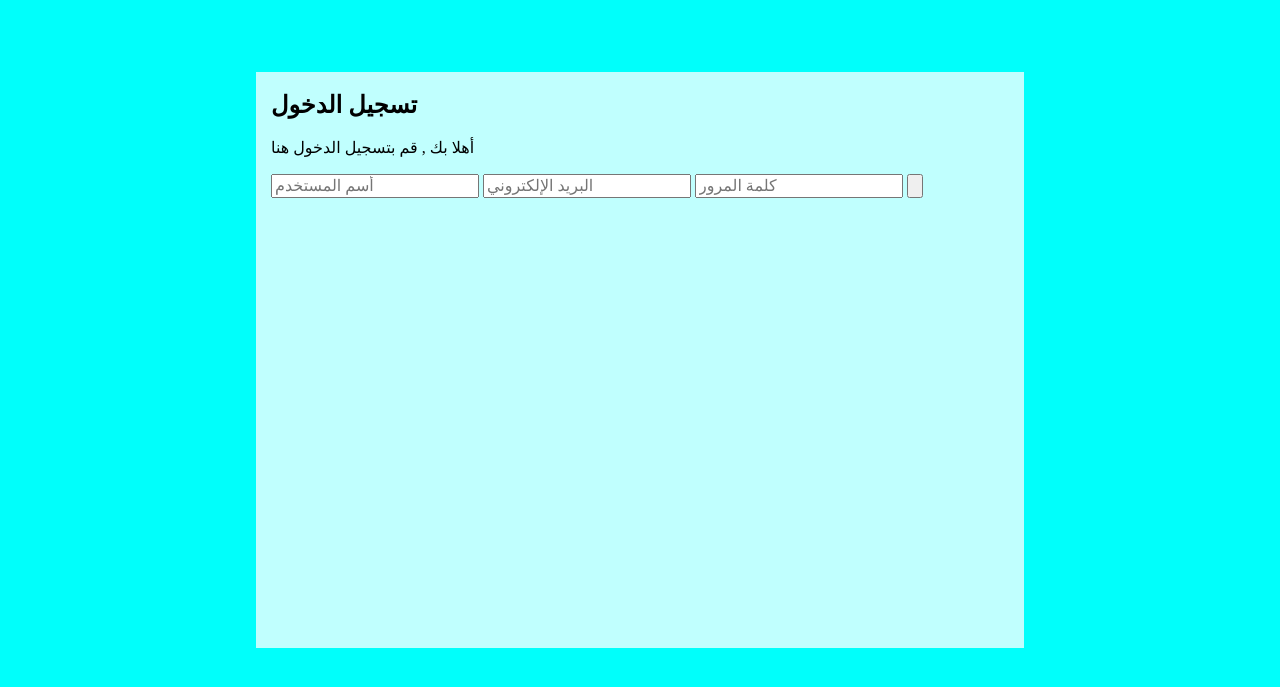
Repository: FaisalFahed/login-page
Page: html/صفحة تسجيل دخول.html
An editor plug-in stored every save of this project. The page is shown before and after the next save, followed by the edit.
The browser window is 1280 px wide. The pictures show the whole page.
Some web fonts or font styles are not loaded; a fallback is used.

Above is the page before, as saved 2025-04-01 08:06:25.

After the next save:
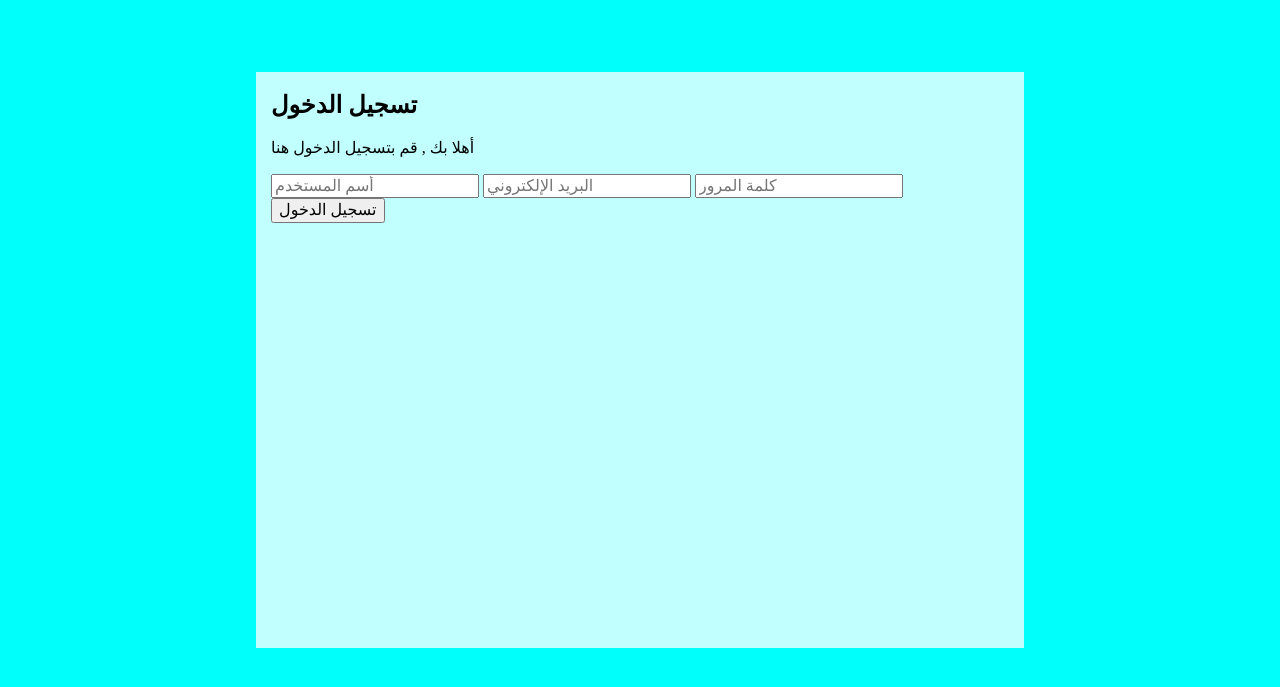
Saved 9 s later.
--- a/html/صفحة تسجيل دخول.html
+++ b/html/صفحة تسجيل دخول.html
@@ -23,7 +23,7 @@
                 <input type="text" placeholder="أسم المستخدم">
                 <input type="email" placeholder="البريد الإلكتروني">
                 <input type="password" placeholder="كلمة المرور">
-                <input type="submit" value="">
+                <input type="submit" value="تسجيل الدخول">
             </div>
         </div>
     </body>
